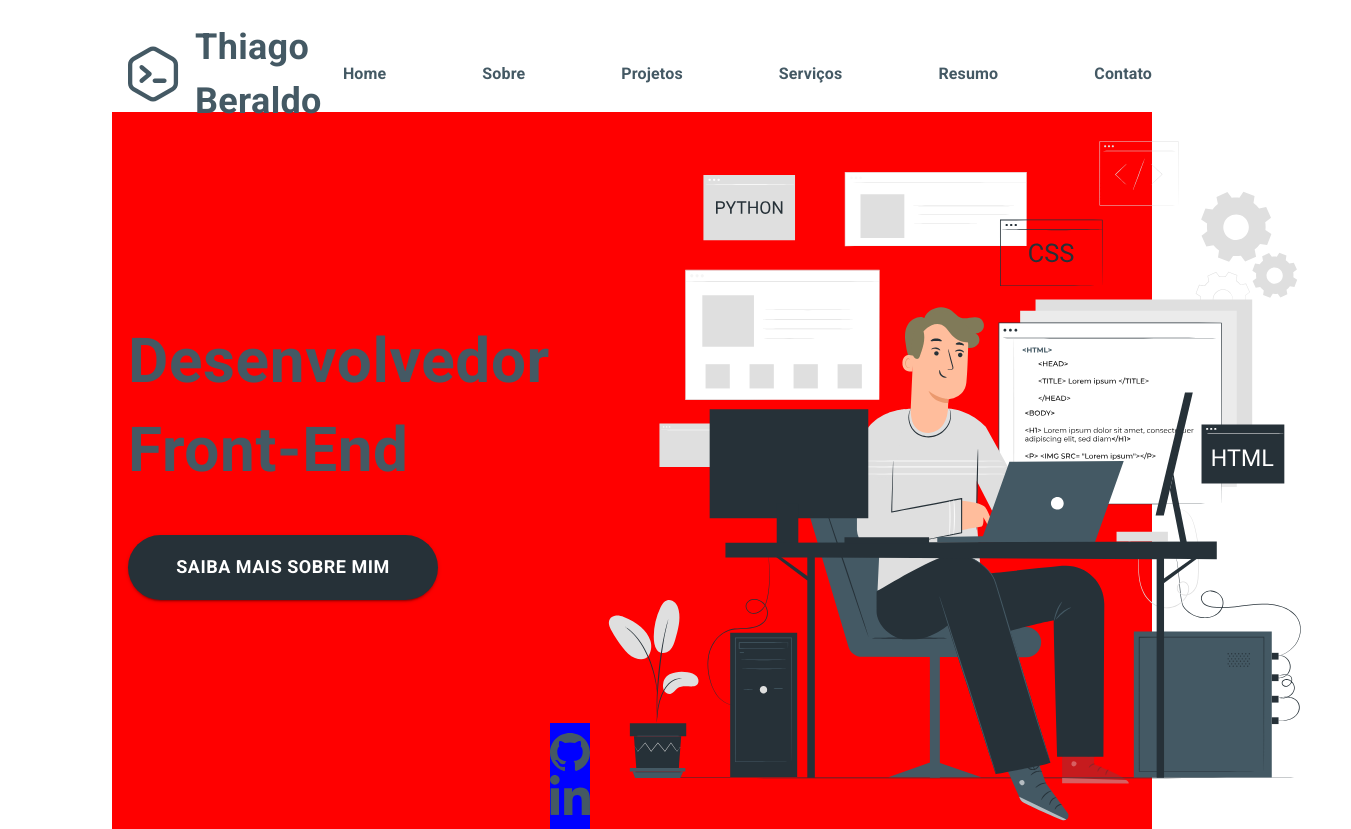
Repository: lenx0/myportfolio
Page: /
The author's editor kept a copy of each file at every save. The page is drawn from the files as they stood at one save, then again after a run of saves.
The browser window is 1280 px wide. The page is 1311 px wide, then 1351 px, so the pictures cover 1351 px, including what lies to the right of the window. The pictures show the whole page.
The project was rebuilt for these pictures with package versions that can differ from the ones it lists, and the page was loaded fresh each time. Also part of the build but not shown: vite.config.js.

Above is the page before, as saved 2024-06-07 10:34:59.

### index.html
<!doctype html>
<html lang="en">
  <head>
    <meta charset="UTF-8" />
    <link href="https://fonts.googleapis.com/css2?family=Roboto:wght@400;700&display=swap" rel="stylesheet">
    <meta name="viewport" content="width=device-width, initial-scale=1.0" />
    <title>Portfólio</title>
  </head>
  <body>
    <div id="root"></div>
    <script type="module" src="/src/main.jsx"></script>
  </body>
</html>

### src/App.jsx
import { Box } from "@mui/material";
import Header from "./components/Header";
import "./global.css";
import Home from "./components/Home";

function App() {
  return (
    <Box
      sx={{
        margin: "0 10% 0 10%",
      }}
    >
      <Header />
      <Home />
    </Box>
  );
}

export default App;

### src/components/Header/index.jsx
import { Typography, Box } from "@mui/material";
import Logo from "/assets/logos/logo.svg";

export default function Header() {
  const menuItems = [
    "Home",
    "Sobre",
    "Projetos",
    "Serviços",
    "Resumo",
    "Contato",
  ];

  return (
    <>
      <Box
        component="header"
        sx={{
          display: "flex",
          alignItems: "center",
          justifyContent: "space-between",
          mt: "20px",
        }}
      >
        <Box display="flex">
          <Box component="img" src={Logo}></Box>
          <Typography
            sx={{
              fontSize: 36,
              color: "#445964",
              fontWeight: 700,
              ml: 2,
            }}
          >
            Thiago Beraldo
          </Typography>
        </Box>

        <Box
          sx={{
            display: "flex",
            gap: "96px",
            color: "#445964",
          }}
        >
          {menuItems.map((item) => (
            <Typography sx={{ cursor: "pointer", fontWeight: 700 }} key={item}>
              {item}
            </Typography>
          ))}
        </Box>
      </Box>
    </>
  );
}

### src/global.css
body {
    margin: 0;
    padding: 0;
    box-sizing: border-box;
    font-family: 'Roboto', sans-serif;
}

### src/components/Home/index.jsx
import { Box, Button, Grid, Typography } from "@mui/material";
import HomeArt from "/assets/images/Art1.svg";
import Github from "/assets/icons/Github.svg";
import Linkedin from "/assets/icons/Linkedin.svg";

const Home = () => {
  const titleStyle = {
    fontSize: 62,
    fontWeight: 700,
    color: "#445964",
    flexShrink: 1,
    mb: 5,
    maxWidth: "50vw",
  };

  return (
    <Grid
      container
      direction="row"
      alignItems="center"
      spacing={2}
      wrap="nowrap"
      backgroundColor="red"
    >
      <Grid item>
        <Typography variant="body2" sx={titleStyle}>
          Desenvolvedor Front-End
        </Typography>
        <Button
          variant="contained"
          sx={{
            fontSize: 18,
            fontWeight: 700,
            backgroundColor: "#263138",
            width: 310,
            height: 65,
            borderRadius: 20,
            mb: 5,
          }}
        >
          Saiba mais sobre mim
        </Button>
      </Grid>
      <Box
        sx={{
          justifyContent: "center",
          marginTop: "auto",
          padding: "10px 0",
          backgroundColor: "blue",
        }}
      >
        <Box>
          <img src={Github} />
        </Box>
        <Box>
          <img src={Linkedin} />
        </Box>
      </Box>

      <Grid item>
        <img src={HomeArt} alt="Home Art" />
      </Grid>
    </Grid>
  );
};

export default Home;

Loaded but not shown: src/main.jsx (common file)

After the next 2 saves:
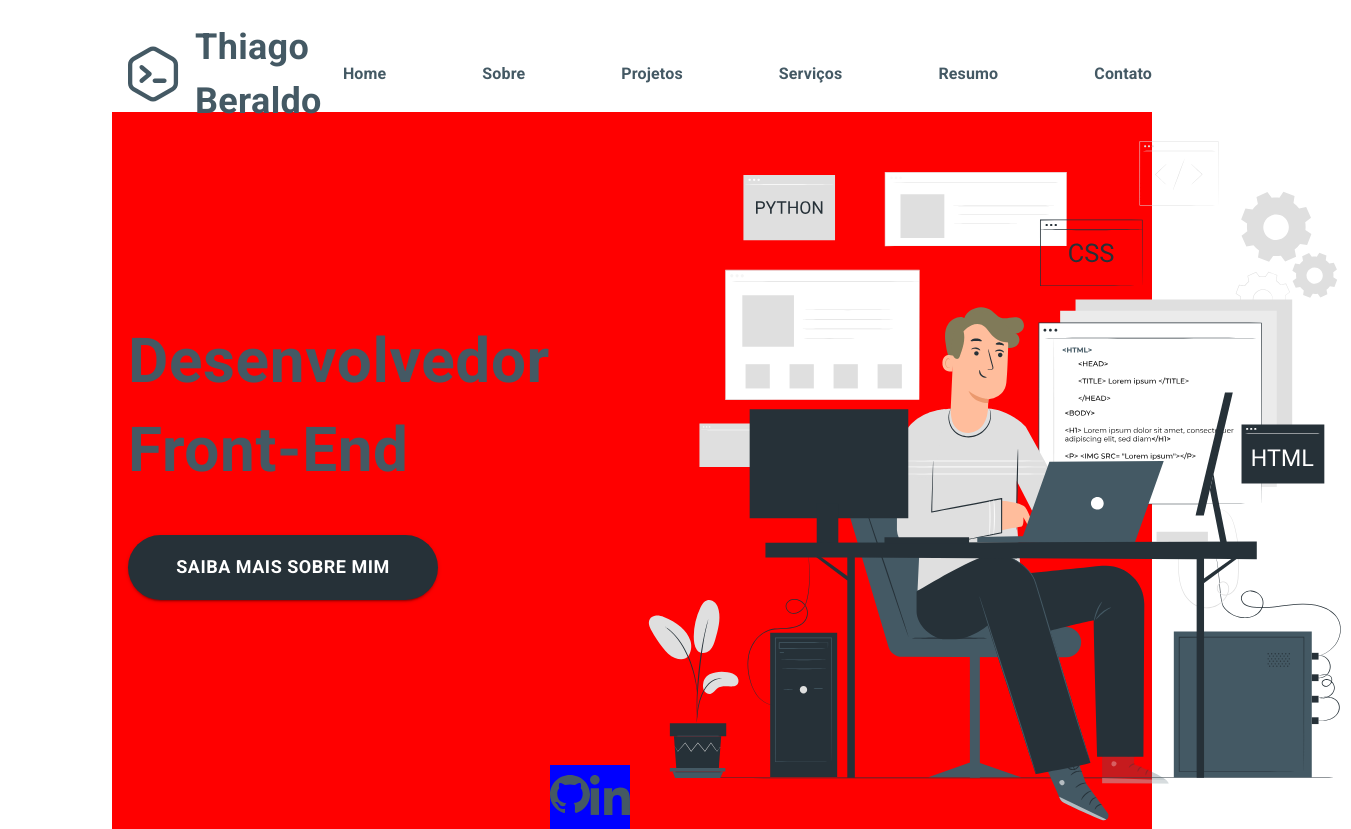
The 2 saves are shown as one change because they came seconds apart.
The last was saved 7 s later.
--- a/src/components/Home/index.jsx
+++ b/src/components/Home/index.jsx
@@ -43,6 +43,7 @@
       </Grid>
       <Box
         sx={{
+          display: "flex",
           justifyContent: "center",
           marginTop: "auto",
           padding: "10px 0",
